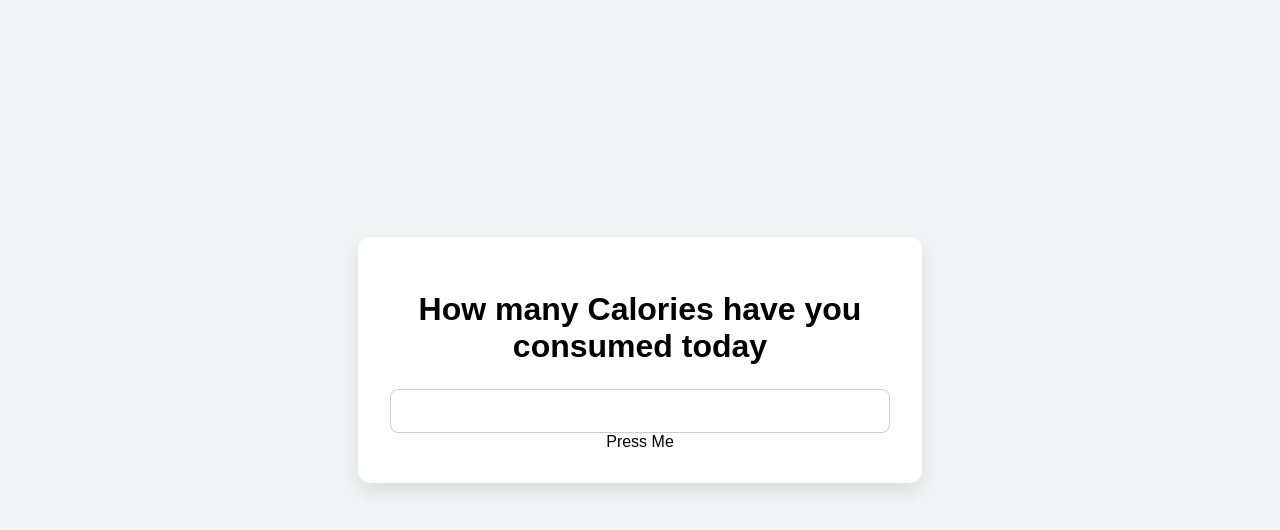
Repository: itaischwarz/health-app
Page: src/frontend/index.html
These files come from the project's save history. The page is drawn as it stood at one moment and after a run of saves; the edit follows.
The browser window is 1280 px wide. The pictures show the whole page.

Above is the page before, as saved 2025-08-16 11:38:05.

### src/frontend/index.html
<html lang="en">
    <head>
        <meta charset="utf-8" />
        <meta name="viewport" content="width=device-width, initial-scale=1" />
        <title>Input Today's Calories</title>
        <style>
            body {
                font-family: sans-serif;
                background: #f3f4f6;
                margin: 0;
                padding: 0;
                display: flex;
                align-items: center;
                justify-content: center;
                height: 100vh;

            }
            .container {
                background: white;
                padding: 32px;
                border-radius: 12px;
                box-shadow: 0 8px 20px rgba(0, 0, 0, 0.1);
                max-width: 500px;
                width: 100%;
                text-align: center;
            }
            h1 {
                margin-bottom: 24px;
            }
            input[type="text"]{
                width: 100%;
                padding: 12px;
                border: 1px solid #ccc;
                border-radius: 8px;
                font-size: 16px;

            }
        </style>
    </head>
    <body>
        <div class="container">
            <h1>How many Calories have you consumed today</h1>
            <input type="text" id="Calories Question"> Press Me </input>
        </div>
    </body>
</html>

After the next 2 saves:
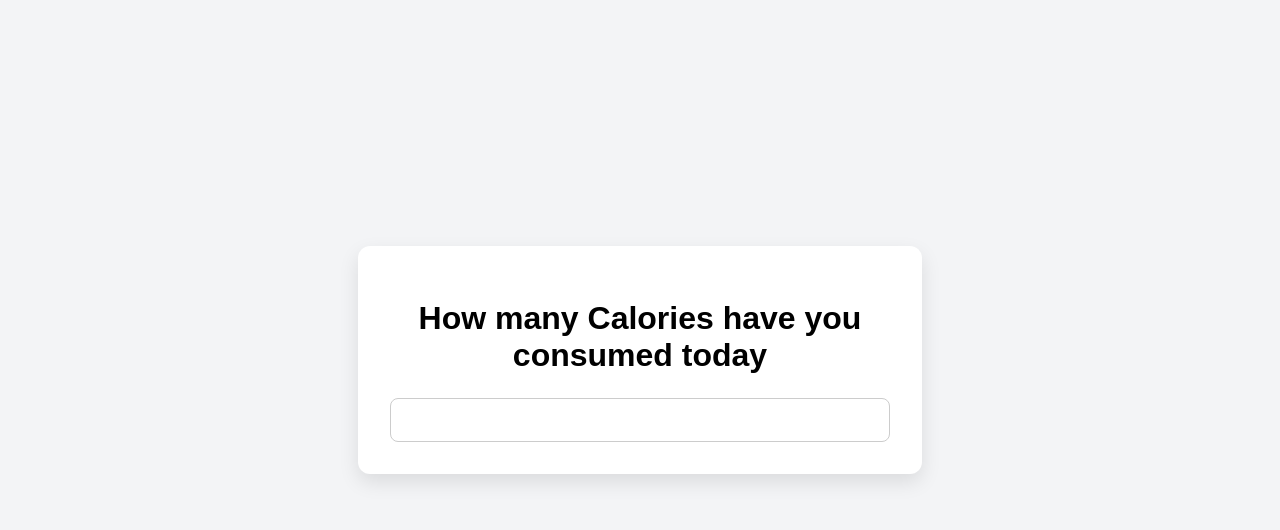
The 2 saves are shown as one change because they came seconds apart.
The last was saved 8 s later.
--- a/src/frontend/index.html
+++ b/src/frontend/index.html
@@ -40,7 +40,7 @@
     <body>
         <div class="container">
             <h1>How many Calories have you consumed today</h1>
-            <input type="text" id="Calories Question"> Press Me </input>
+            <input type="text" id="Calories Question"></input>
         </div>
     </body>
 </html>
